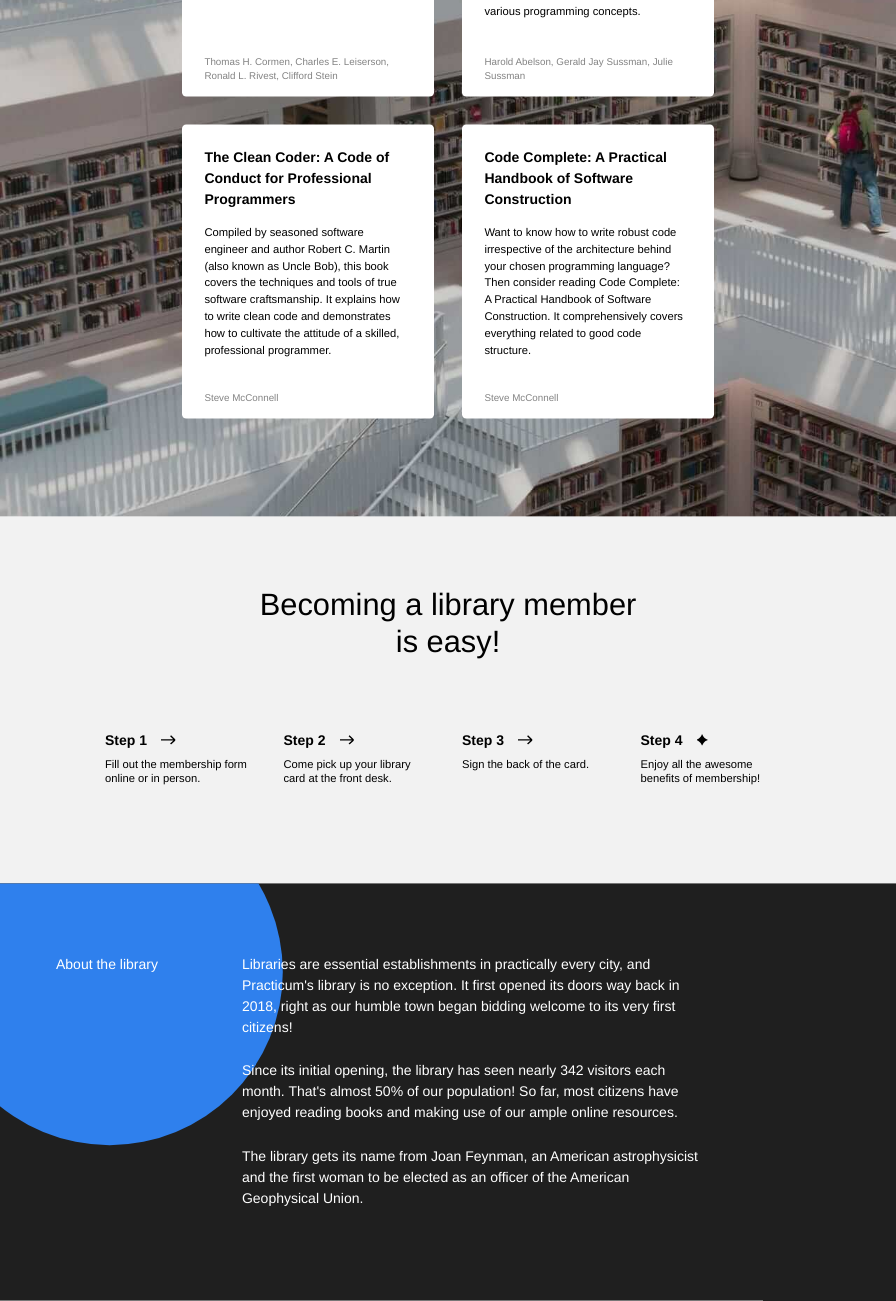
Repository: MWilliams-26/se_project_library
Page: index.html
An editor plug-in stored every save of this project. The page is shown before and after the next save, followed by the edit.
The browser window is 1280 px wide. The pictures show the part of the page from y = 2100 to 4020 px (the page is 3958 px tall before and 4020 px after), at 70% of full size.

Above is the page before, as saved 2023-04-04 12:00:49.

After the next save:
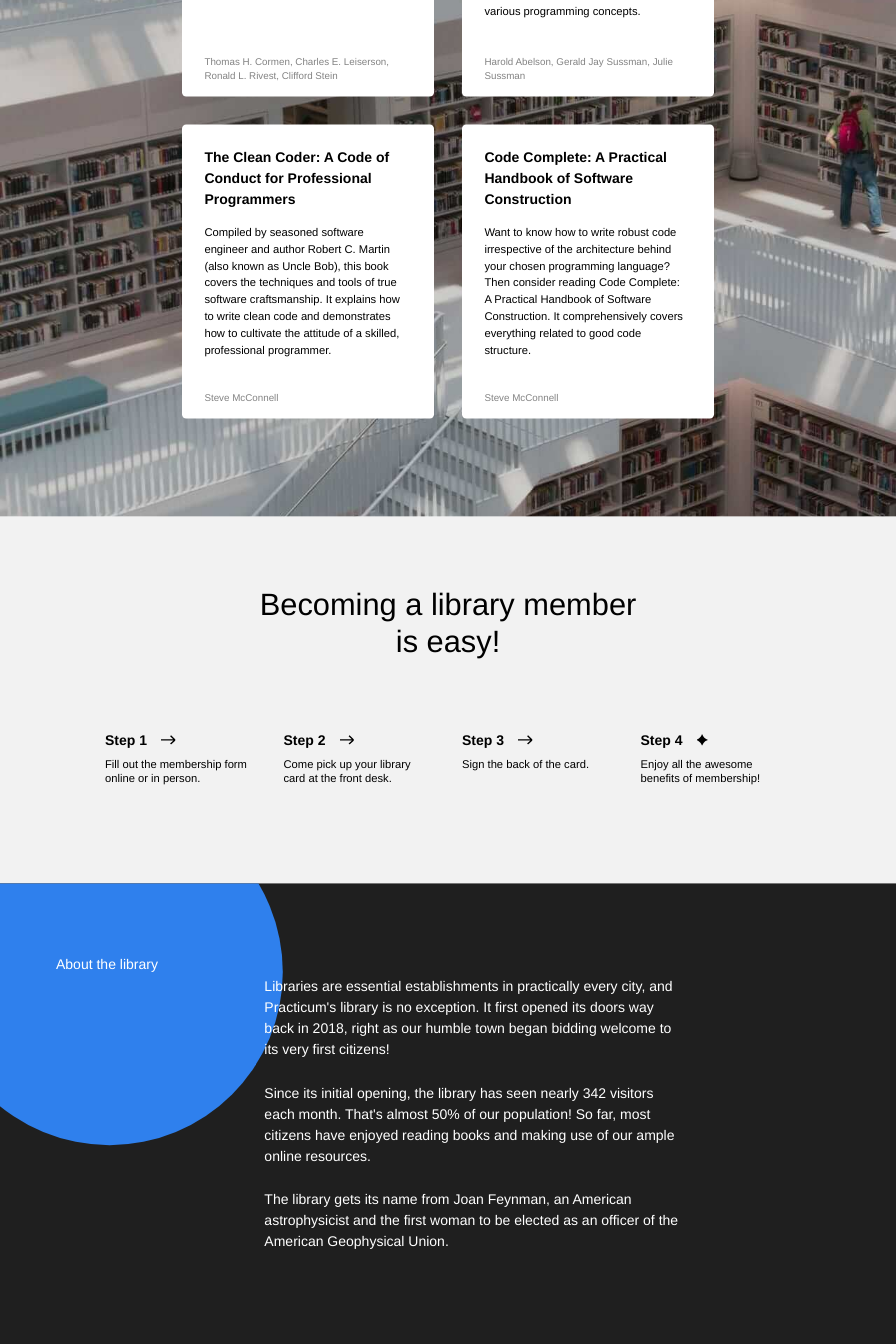
Saved 16 s later.
--- a/styles/style.css
+++ b/styles/style.css
@@ -379,7 +379,7 @@
 }
 
 .about__paragraph {
-  margin: 0 0 32px;
+  margin: 32px;
 }
 
 .about__paragraph:last-child {

After the save that followed:
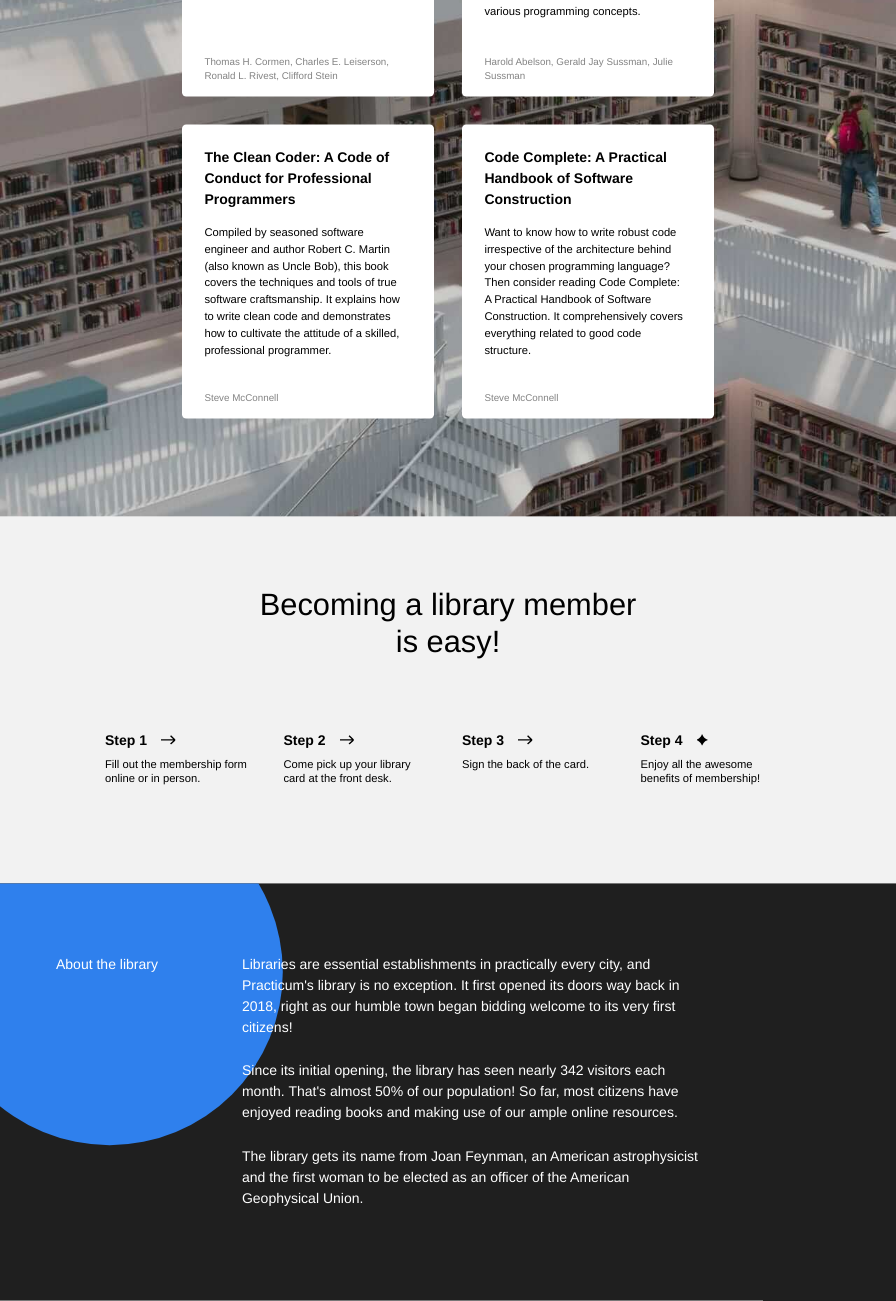
Saved 30 s later.
--- a/styles/style.css
+++ b/styles/style.css
@@ -379,7 +379,7 @@
 }
 
 .about__paragraph {
-  margin: 32px;
+  margin: 0 0 32px;
 }
 
 .about__paragraph:last-child {
